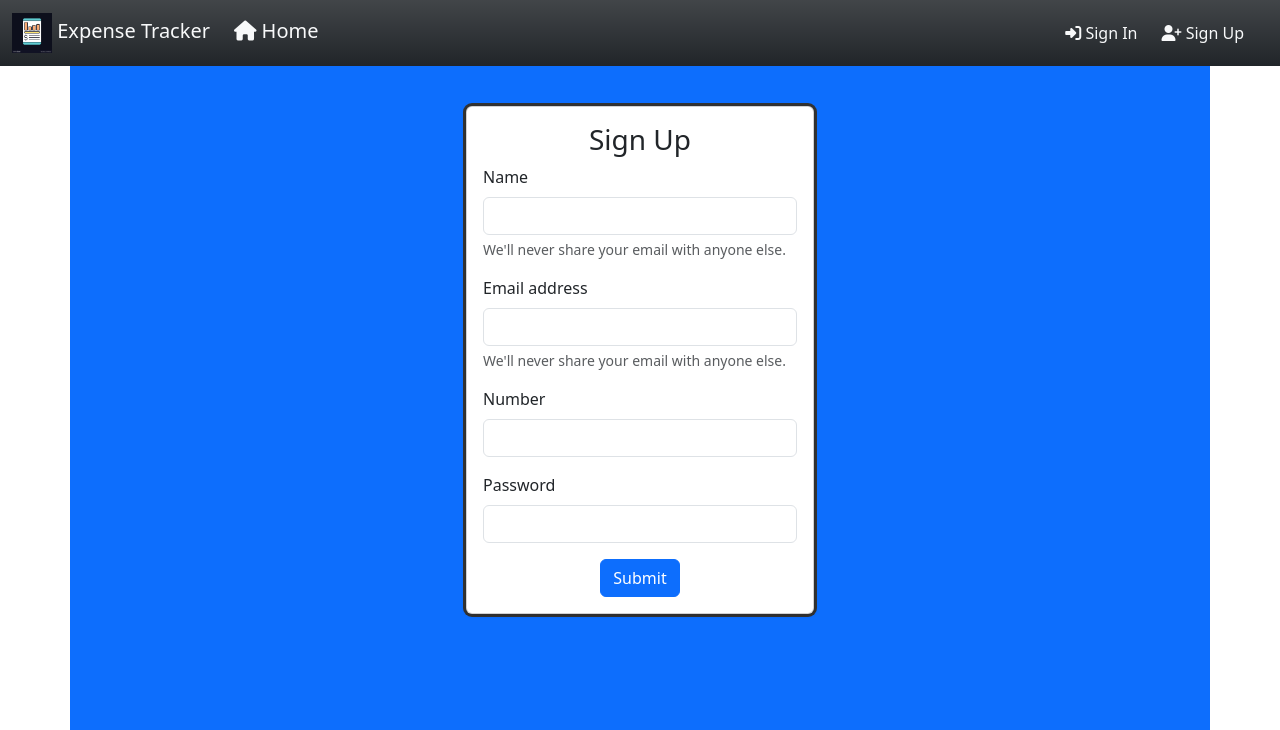
Repository: Gaurav560/OnlineExpenseTracker
Page: http://localhost/Online_Expense_Tracker/register.jsp
These files come from the project's save history. The page is drawn as it stood at one moment and after the next save; the edit follows.
The browser window is 1280 px wide. The pictures show the whole page.
The page is served by Tomcat 9. Other server files are loaded and not shown.

Above is the page before, as saved 2023-05-04 15:09:51.

### Online_Expense_Tracker/src/main/webapp/register.jsp
<%@ page language="java" contentType="text/html; charset=ISO-8859-1"
	pageEncoding="ISO-8859-1"%>
<!DOCTYPE html>
<html>
<head>
<meta charset="ISO-8859-1">
<title>Insert title here</title>
<%@include file="component/all_css.jsp"%>
</head>
<style>

</style>
<body>
	<!-- NAVBAR starts here -->
	<%@include file="component/navbar.jsp"%>
	<!-- NAVBAR ends here  -->

	<div class="container bg-primary" style="padding-bottom:100px">
		<div class="row ">
			<div class="col-md-4 offset-md-4 p-3  ">
				<div class="card mt-4"
					style="box-shadow: rgba(0, 0, 0, 0.16) 0px 1px 4px, rgb(51, 51, 51) 0px 0px 0px 3px;">
					<div class="card-body">
						<h3 class="card-title text-center">Sign Up</h3>

						<form>


							<div class="mb-3">
								<label for="exampleInputName1" class="form-label">Name </label>
								<input type="text" class="form-control" id="exampleInputName1"
									aria-describedby="nameHelp">
								<div id="emailHelp" class="form-text">We'll never share
									your email with anyone else.</div>
							</div>
							<div class="mb-3">
								<label for="exampleInputEmail1" class="form-label">Email
									address</label> <input type="email" class="form-control"
									id="exampleInputEmail1" aria-describedby="emailHelp">
								<div id="emailHelp" class="form-text">We'll never share
									your email with anyone else.</div>
							</div>

							<div class="mb-3">
								<label for="exampleInputnumber1" class="form-label">Number
								</label> <input type="number" class="form-control"
									id="exampleInputNumber1" aria-describedby="numberHelp">
								<div id="numberHelp" class="form-text"></div>
							</div>
							<div class="mb-3">
								<label for="exampleInputPassword1" class="form-label">Password</label>
								<input type="password" class="form-control"
									id="exampleInputPassword1">
							</div>
							<div class="text-center">

								<button type="submit" class="btn btn-primary">Submit</button>
							</div>

						</form>


					</div>
				</div>






			</div>







		</div>

	</div>



</body>
</html>

### Online_Expense_Tracker/src/main/webapp/component/all_css.jsp
<!--css cdn   -->
<link
	href="https://cdn.jsdelivr.net/npm/bootstrap@5.3.0-alpha3/dist/css/bootstrap.min.css"
	rel="stylesheet"
	integrity="sha384-KK94CHFLLe+nY2dmCWGMq91rCGa5gtU4mk92HdvYe+M/SXH301p5ILy+dN9+nJOZ"
	crossorigin="anonymous">



<!-- font awesome cdn  -->

<link rel="stylesheet"
	href="https://cdnjs.cloudflare.com/ajax/libs/font-awesome/6.4.0/css/all.min.css"
	integrity="sha512-iecdLmaskl7CVkqkXNQ/ZH/XLlvWZOJyj7Yy7tcenmpD1ypASozpmT/E0iPtmFIB46ZmdtAc9eNBvH0H/ZpiBw=="
	crossorigin="anonymous" referrerpolicy="no-referrer" />



<!--  js cdn -->
	<script
		src="https://cdn.jsdelivr.net/npm/bootstrap@5.3.0-alpha3/dist/js/bootstrap.bundle.min.js"
		integrity="sha384-ENjdO4Dr2bkBIFxQpeoTz1HIcje39Wm4jDKdf19U8gI4ddQ3GYNS7NTKfAdVQSZe"
		crossorigin="anonymous"></script>

### Online_Expense_Tracker/src/main/webapp/component/navbar.jsp
<!--Navbar starts here  -->


	<nav class="navbar navbar-expand-lg bg-dark  bg-gradient">
		<div class="container-fluid">
			<a class="navbar-brand text-light" href="#"><img
				src="img/expenseTracker.jpg" style="height: 40px; width: 40px;">
				Expense Tracker</a>
			<button class="navbar-toggler" type="button"
				data-bs-toggle="collapse" data-bs-target="#navbarSupportedContent"
				aria-controls="navbarSupportedContent" aria-expanded="false"
				aria-label="Toggle navigation">
				<span class="navbar-toggler-icon"></span>
			</button>
			<div class="collapse navbar-collapse" id="navbarSupportedContent">

				<ul class="navbar-nav me-auto mb-2 mb-lg-0">
					<li class="nav-item"><a class="nav-link active text-light fs-5 mb-1"
						aria-current="page" href="index.jsp"><i class="fa-solid fa-house"></i>
							Home</a></li>

				</ul>


				<ul class="navbar-nav ms-auto mb-2 mb-lg-0 me-3">

					<li class="nav-item me-2"><a class="nav-link active text-light"
						href="login.jsp"><i class="fa-solid fa-right-to-bracket"></i> Sign In</a></li>


					<li class="nav-item "><a class="nav-link active text-light "
						href="register.jsp"><i class="fa-solid fa-user-plus"></i> Sign Up</a></li>

				</ul>


			</div>
		</div>
	</nav>
	<!-- Navbar ends here  -->

After the next save:
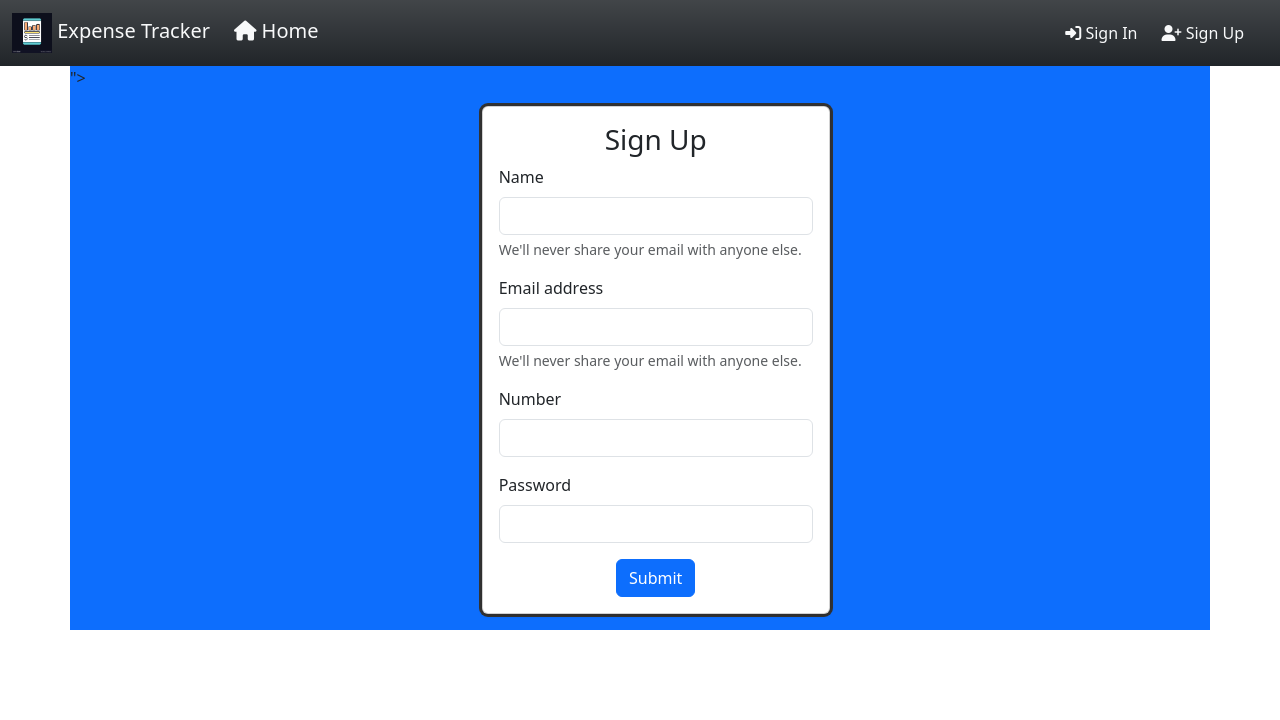
Saved 33 s later.
--- a/Online_Expense_Tracker/src/main/webapp/register.jsp
+++ b/Online_Expense_Tracker/src/main/webapp/register.jsp
@@ -15,8 +15,8 @@
 	<%@include file="component/navbar.jsp"%>
 	<!-- NAVBAR ends here  -->
 
-	<div class="container bg-primary" style="padding-bottom:100px">
-		<div class="row ">
+	<div class="container bg-primary" >
+		<div class="row style="padding-bottom:100px"> ">
 			<div class="col-md-4 offset-md-4 p-3  ">
 				<div class="card mt-4"
 					style="box-shadow: rgba(0, 0, 0, 0.16) 0px 1px 4px, rgb(51, 51, 51) 0px 0px 0px 3px;">
